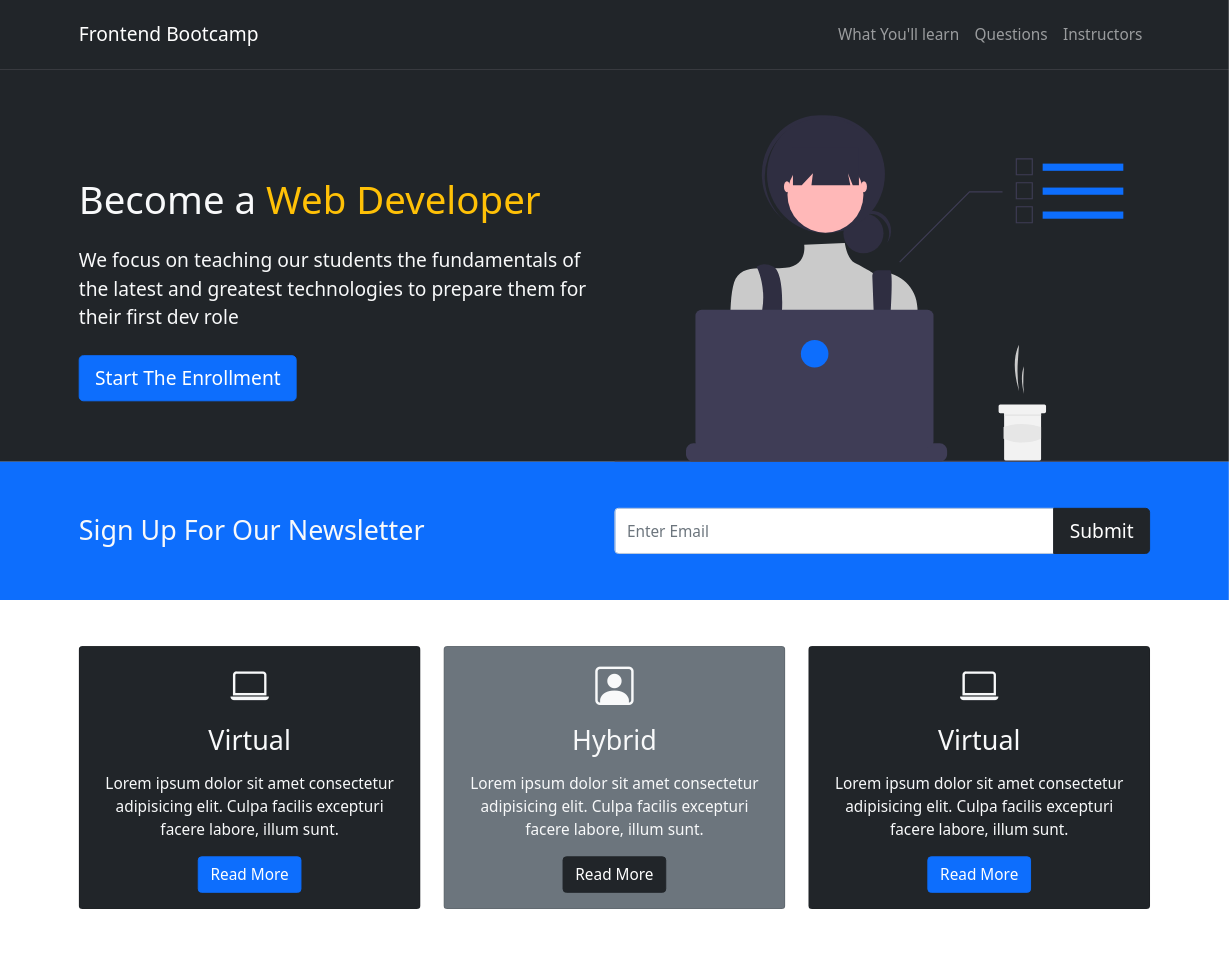
Repository: Marhamat92/Bootstrap5-Responsive-Website-
Page: index.html
An editor plug-in stored every save of this project. The page is shown before and after the next save, followed by the edit.
The browser window is 1280 px wide. The pictures show the whole page, at 96% of full size.
Some icons come from a web library that is not loaded, so they are not drawn. Some web libraries are served in a nearby version.

Above is the page before, as saved 2021-09-18 17:27:05.

### index.html
<!DOCTYPE html>
<html lang="en">

<head>
    <meta charset="UTF-8">
    <meta http-equiv="X-UA-Compatible" content="IE=edge">
    <meta name="viewport" content="width=device-width, initial-scale=1.0">
    <link href="https://cdn.jsdelivr.net/npm/bootstrap@5.0.2/dist/css/bootstrap.min.css" rel="stylesheet"
        integrity="sha384-EVSTQN3/azprG1Anm3QDgpJLIm9Nao0Yz1ztcQTwFspd3yD65VohhpuuCOmLASjC" crossorigin="anonymous">
    <link rel="stylesheet" href="https://cdn.jsdelivr.net/npm/bootstrap-icons@1.3.0/font/bootstrap-icons.css">
    <link rel="stylesheet" href="style.css">
    <title>Frontend Bootcamp</title>

</head>

<body>
    <!--Navbar-->
    <nav class="navbar navbar-expand-lg bg-dark navbar-dark py-3">
        <div class="container">
            <a href="#" class="navbar-brand">Frontend Bootcamp</a>
            <button class="navbar-toggler" type="button" data-bs-toggle="collapse" data-bs-target="#navmenu">
                <span class="navbar-toggler-icon"></span>
            </button>
            <div class="collapse navbar-collapse" id="navmenu">
                <ul class="navbar-nav ms-auto">
                    <li class="nav-item">
                        <a href="#learn" class="nav-link">What You'll learn</a>
                    </li>
                    <li class="nav-item">
                        <a href="#questions" class="nav-link">Questions</a>
                    </li>
                    <li class="nav-item">
                        <a href="#instructors" class="nav-link">Instructors</a>
                    </li>
                </ul>
            </div>
        </div>
    </nav>

    <!--Showcase-->

    <section class="bg-dark text-light p-5 p-lg-0 pt-lg-5 text-center text-sm-start">
        <div class="container">
            <div class="d-sm-flex align-items-center justify-content-between">
                <div>
                    <h1>Become a <span class="text-warning">Web Developer</span> </h1>
                    <p class="lead my-4">We focus on teaching our students the fundamentals of the latest and
                        greatest technologies to prepare them for their first dev role
                    </p>
                    <button class="btn btn-primary btn-lg">Start The Enrollment</button>
                </div>
                <img class="img-fluid w-50 d-none d-sm-block" src="img/showcase.svg" alt="showcase">
            </div>
        </div>
    </section>


    <!--Newsletter-->
    <section class=" bg-primary text-light p-5">
        <div class="container">
            <div class="d-md-flex justify-content-between align-items-center">
                <h3 class="mb-3 mb-md-0">Sign Up For Our Newsletter</h3>
                <div class="input-group news-input">
                    <input type="text" class="form-control" placeholder="Enter Email">
                    <button class="btn btn-dark btn-lg" type="button">Submit</button>
                </div>

            </div>
        </div>
    </section>

    <!--Boxes-->
    <section class="p-5">
        <div class="container">
            <div class="row text-center">
                <div class="col-md">
                    <div class="card bg-dark text-light">
                        <div class="card-body text-center">
                            <div class="h1 mb-3"><i class="bi bi-laptop"></i>
                            </div>
                            <h3 class="title mb-3">Virtual</h3>
                            <p class="card-text">
                                Lorem ipsum dolor sit amet consectetur adipisicing elit. Culpa facilis excepturi facere labore, illum sunt.
                            </p>
                            <a href="#" class="btn btn-primary">Read More</a>
                        </div>
                    </div>
                </div>
                <div class="col-md">
                    <div class="card bg-secondary text-light">
                        <div class="card-body text-center">
                            <div class="h1 mb-3"><i class="bi bi-person-square"></i>
                            </div>
                            <h3 class="title mb-3">Hybrid</h3>
                            <p class="card-text">
                                Lorem ipsum dolor sit amet consectetur adipisicing elit. Culpa facilis excepturi facere labore, illum sunt.
                            </p>
                            <a href="#" class="btn btn-dark">Read More</a>
                        </div>
                    </div>
                </div>
                <div class="col-md">
                    <div class="card bg-dark text-light">
                        <div class="card-body text-center">
                            <div class="h1 mb-3"><i class="bi bi-laptop"></i>
                            </div>
                            <h3 class="title mb-3">Virtual</h3>
                            <p class="card-text">
                                Lorem ipsum dolor sit amet consectetur adipisicing elit. Culpa facilis excepturi facere labore, illum sunt.
                            </p>
                            <a href="#" class="btn btn-primary">Read More</a>
                        </div>
                    </div>
                </div>
            </div>
        </div>
    </section>






















    <script src="https://cdn.jsdelivr.net/npm/bootstrap@5.0.2/dist/js/bootstrap.bundle.min.js"
        integrity="sha384-MrcW6ZMFYlzcLA8Nl+NtUVF0sA7MsXsP1UyJoMp4YLEuNSfAP+JcXn/tWtIaxVXM" crossorigin="anonymous">
    </script>
</body>

</html>

### style.css
@media (min-width:768px) {
    .news-input{
        width:50%;
    }
}

After the next save:
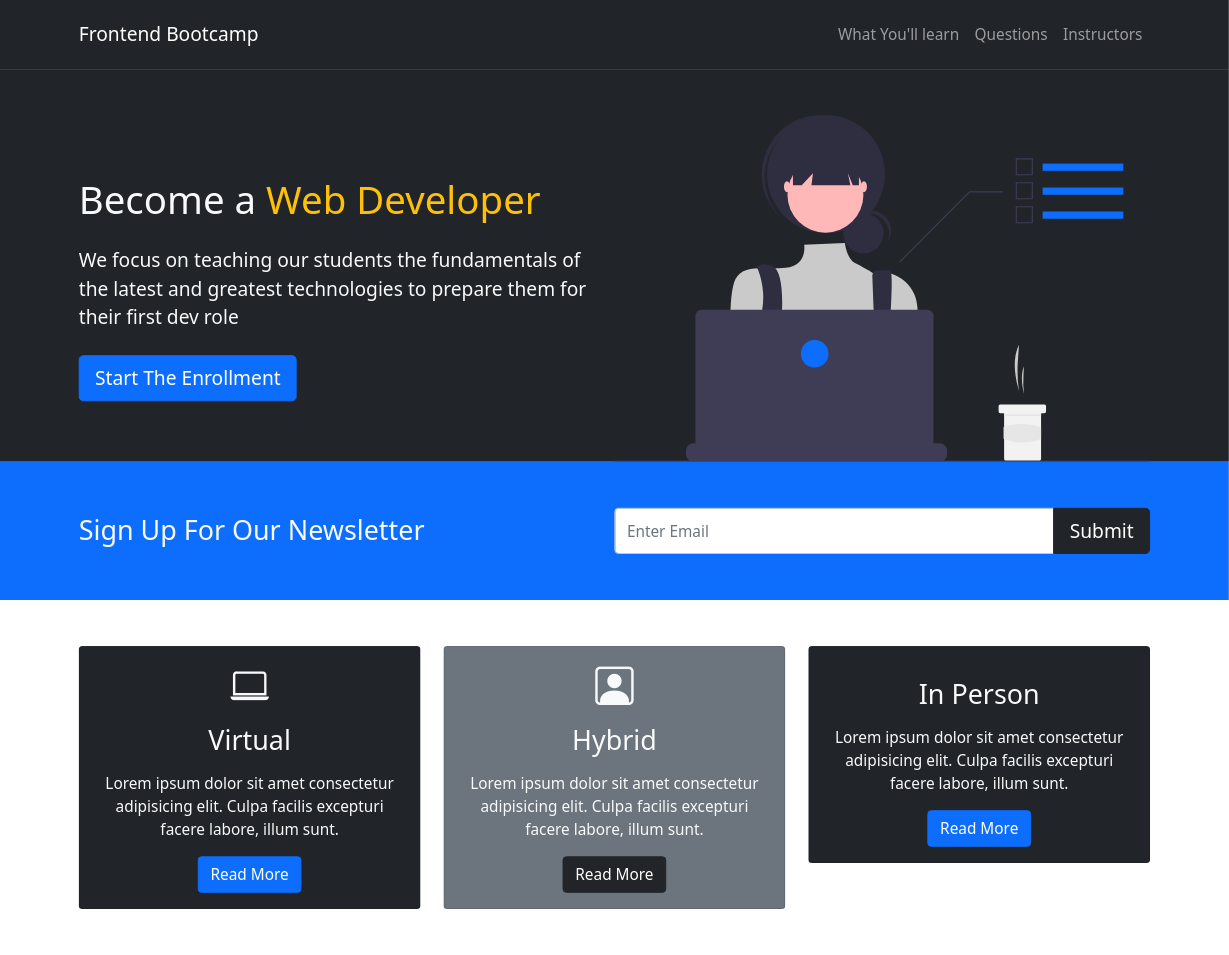
Saved 46 s later.
--- a/index.html
+++ b/index.html
@@ -102,9 +102,9 @@
                 <div class="col-md">
                     <div class="card bg-dark text-light">
                         <div class="card-body text-center">
-                            <div class="h1 mb-3"><i class="bi bi-laptop"></i>
+                            <div class="h1 mb-3"><i class="bi bi-i-people"></i>
                             </div>
-                            <h3 class="title mb-3">Virtual</h3>
+                            <h3 class="title mb-3">In Person</h3>
                             <p class="card-text">
                                 Lorem ipsum dolor sit amet consectetur adipisicing elit. Culpa facilis excepturi facere labore, illum sunt.
                             </p>
